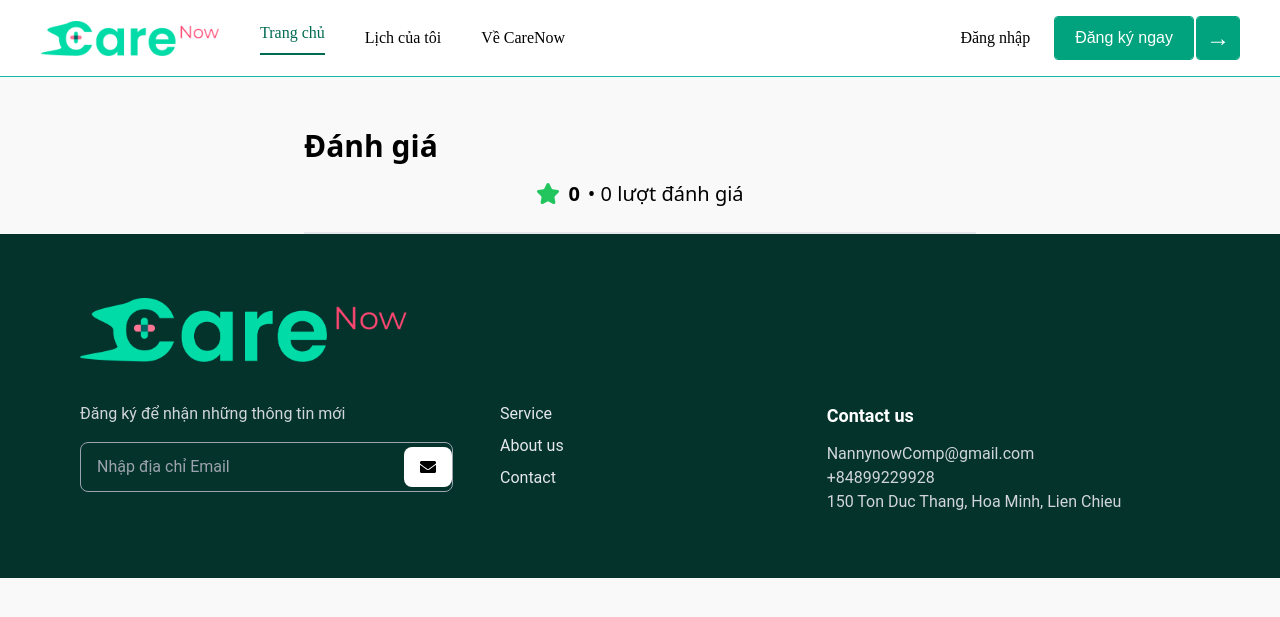
Repository: HaiNam102/FE_CareNows
Page: /ReviewsSection
An editor plug-in stored every save of this project. The page is shown before and after the next save, followed by the edit.
The browser window is 1280 px wide. The pictures show the whole page.
The page's requests for data from a server got no answer. The project was rebuilt for these pictures with package versions that can differ from the ones it lists, and the page was loaded fresh each time. No one was signed in, and anything a server would have sent is missing. Also part of the build but not shown: src/components/ToRegister.jsx, src/components/Calendar.jsx, src/layouts/BookService.jsx, src/components/ServiceCards.jsx, src/components/CareNowRegistration.jsx, src/pages/Home/Home.jsx, src/pages/Authen/Login/Login.jsx, src/pages/Authen/Login/Login1.jsx and 26 more.

Above is the page before, as saved 2025-04-10 20:08:26.

### src/index.js
import React from 'react';
import ReactDOM from 'react-dom/client';
import './index.css';
import App from './App';
import reportWebVitals from './reportWebVitals';
import './styles/globals.css';

const root = ReactDOM.createRoot(document.getElementById('root'));
root.render(
  <React.StrictMode>
    <App />
   </React.StrictMode>
);

// If you want to start measuring performance in your app, pass a function
// to log results (for example: reportWebVitals(console.log))
// or send to an analytics endpoint. Learn more: https://bit.ly/CRA-vitals
reportWebVitals();

### src/App.js
import React from 'react';
import { BrowserRouter, Routes, Route, Navigate } from 'react-router-dom';
import MainLayout from './layouts/MainLayout';
import Home from './pages/Home/Home';
import Login1 from './pages/Authen/Login/Login1';
import SignUpRoleSelection from './pages/Authen/SignUp/SignUpRoleSelection';
import SignUpClient from './pages/Authen/SignUp/SignUpClient';
import SignUpCareTaker from './pages/Authen/SignUp/SignUpCareTaker';
import AdminHome from './pages/Home/AdminHome';
import CareTakerHome from './pages/Home/CareTakerHome';
import CustomerHome from './pages/Home/CustomerHome';
import SearchResult from './pages/SearchResult/SearchResult';
import Calendar from './components/Calendar';
import ProfilePage from './pages/ProfilePage/ProfilePage';
import ReviewsSection from './pages/ProfilePage/ReviewsSection';
import ProfileCustomer from './pages/ManageService/Customer/ProfileCustomer';
import BookingHistory from './pages/ManageService/Customer/BookingHistory';
import { jwtDecode } from 'jwt-decode';
import ProfileLayout from './layouts/ProfileLayout/ProfileLayout';

// Protected Route component
const ProtectedRoute = ({ children, allowedRole }) => {
  const token = localStorage.getItem('token');

  if (!token) {
    return <Navigate to="/login" replace />;
  }

  const decoded = jwtDecode(token);
  if (decoded.role.toLowerCase() !== allowedRole.toLowerCase()) {
    return <Navigate to="/" replace />;
  }

  return children;
};

function App() {
  return (
    <BrowserRouter>
      <Routes>
        {/* Public Routes */}
        <Route path="/" element={<MainLayout><Home /></MainLayout>} />
        <Route path="/login" element={<Login1 />} />
        <Route path="/signup" element={<MainLayout headerType="logoOnly"><SignUpRoleSelection/></MainLayout>} />
        <Route path="/signup-client" element={<MainLayout headerType="logoOnly"><SignUpClient/></MainLayout>} />
        <Route path="/signup-care-taker" element={<MainLayout headerType="logoOnly"><SignUpCareTaker/></MainLayout>} />

        {/* Protected Routes */}
        <Route
          path="/caretaker/home"
          element={
            <ProtectedRoute allowedRole="CARE_TAKER">
              <MainLayout><CareTakerHome/></MainLayout>
            </ProtectedRoute>
          }
        />
        <Route
          path="/customer/home"
          element={
            <ProtectedRoute allowedRole="CUSTOMER">
              <MainLayout><CustomerHome/></MainLayout>
            </ProtectedRoute>
          }
        />
        <Route
          path="/admin/home"
          element={
            <ProtectedRoute allowedRole="ADMIN">
              <MainLayout><AdminHome/></MainLayout>
            </ProtectedRoute>
          }
        />
        <Route
          path="/customer/profile"
          element={
            <ProtectedRoute allowedRole="CUSTOMER">
              <ProfileCustomer />
            </ProtectedRoute>
          }
        />
        <Route
          path="/customer/booking-history"
          element={
            <ProtectedRoute allowedRole="CUSTOMER">
              <BookingHistory />
            </ProtectedRoute>
          }
        />

        {/* Other Routes */}
        <Route path="/searchResult" element={<MainLayout><SearchResult /></MainLayout>} />
        <Route path="/calendar" element={<MainLayout><Calendar /></MainLayout>} />
        <Route path="/profilePage" element={<MainLayout><ProfilePage /></MainLayout>} />
        <Route path="/ReviewsSection" element={<MainLayout><ReviewsSection /></MainLayout>} />

      </Routes>
    </BrowserRouter>
  );
}

export default App;

### src/styles/globals.css
/* Tổng quan */
body {
    font-family: 'Roboto', sans-serif;
    margin: 0;
    padding: 0;
    background-color: #f9f9f9;
  }

/* Layout chính */
/* .main-layout { */
    /* display: flex; */
    /* flex-direction: column; */
    /* align-items: center; */
    /* justify-content: center; */
    /* padding: 0px; */
  /* } */

/* Giới hạn khung nội dung */
.container {
    width: 100%;
    max-width: 1200px;
    /* padding: 0 20px; */
    margin: auto;
    /* margin-top: 40px; */
    /* padding-top: 40px; */
  }

### src/layouts/MainLayout.jsx
import React from 'react';
import Header from './Header';
import Footer from './Footer';
import ToRegister from '../components/ToRegister';

const MainLayout = ({ children }) => {
  return (
    <div className="min-h-screen">
      <Header />
      <main className="pt-32">
        <div className="container">{children}</div>
      </main>
      <Footer />
    </div>
  );
};

export default MainLayout;

### src/pages/ProfilePage/ReviewsSection.jsx
import React, { useEffect, useState } from 'react';
import { Star } from 'lucide-react';

const ReviewsSection=()=>{
  const [reviews, setReviews] = useState([]);

  // Fetch reviews from API
  useEffect(() => {
    fetch('http://localhost:5000/reviews')
      .then((res) => res.json())
      .then((data) => {
        if (Array.isArray(data)) {
          setReviews(data); // API trả về mảng trực tiếp
        } else if (Array.isArray(data.reviews)) {
          setReviews(data.reviews); // API trả về { reviews: [...] }
        } else {
          console.error("Dữ liệu không đúng định dạng:", data);
          setReviews([]);
        }
      })
      .catch((error) => console.error('Error fetching reviews:', error));
  }, []);

  const totalRatings = reviews.reduce((sum, review) => sum + review.rating, 0);
  const averageRating = reviews.length > 0 ? (totalRatings / reviews.length).toFixed(1) : 0;

  return (
    <div className="max-w-2xl mx-auto font-sans">
      <h2 className="text-3xl font-bold mb-4">Đánh giá</h2>

      {/* Rating summary */}
      <div className="flex items-center justify-center mb-6">
        <Star className="text-green-500 fill-green-500" size={24} />
        <span className="text-xl font-bold mx-2">{averageRating}</span>
        <span className="text-xl">• {reviews.length} lượt đánh giá</span>
      </div>

      <hr className="border-gray-200" />

      {/* Reviews list */}
      <div className="divide-y divide-gray-200">
        {reviews.map((review) => (
          <div key={review.id} className="py-6">
            <div className="flex items-start">
              {/* Profile picture */}
              <div className="mr-4">
                <div className="w-16 h-16 rounded-full overflow-hidden bg-gray-200">
                  <img
                    src="/api/placeholder/60/60"
                    alt="Avatar"
                    className="w-full h-full object-cover"
                  />
                </div>
              </div>

              {/* Review content */}
              <div className="flex-1">
                <div className="mb-1">
                  <h3 className="text-xl font-semibold">{review.name}</h3>
                  <p className="text-gray-500 text-sm">{review.date}</p>
                </div>

                {/* Star rating */}
                <div className="flex mb-2">
                  {[...Array(5)].map((_, i) => (
                    <Star
                      key={i}
                      size={24}
                      className={`${i < review.rating ? "text-green-500 fill-green-500" : "text-gray-300"}`}
                    />
                  ))}
                </div>

                {/* Review text */}
                <p className="text-lg">{review.comment}</p>
              </div>
            </div>
          </div>
        ))}
      </div>

      <hr className="border-gray-200" />
    </div>
  );
}

export default ReviewsSection;

### src/layouts/Header.jsx
import React, { useState, useEffect } from "react";
import logo from "../assets/images/Logo.png";
import HoverButton from "../components/HoverButton";
import { useNavigate } from "react-router-dom";
import { jwtDecode } from "jwt-decode";

function Header({ logoOnly = false }) {
  const [activeLink, setActiveLink] = useState("Trang chủ");
  const [isMenuOpen, setIsMenuOpen] = useState(false);
  const [isMobile, setIsMobile] = useState(false);
  const [isLoggedIn, setIsLoggedIn] = useState(false);
  const [userInfo, setUserInfo] = useState(null);
  const navigate = useNavigate();

  // Random avatar color
  const getRandomColor = () => {
    const colors = [
      'bg-teal-500', 'bg-blue-500', 'bg-emerald-500',
      'bg-indigo-500', 'bg-purple-500', 'bg-rose-500'
    ];
    return colors[Math.floor(Math.random() * colors.length)];
  };

  // Kiểm tra đăng nhập
  useEffect(() => {
    const token = localStorage.getItem('token');
    if (token) {
      try {
        const decoded = jwtDecode(token);
        setIsLoggedIn(true);
        setUserInfo({
          name: decoded.sub || 'User',
          avatarColor: getRandomColor(),
          initial: (decoded.sub || 'U')[0].toUpperCase()
        });
      } catch (error) {
        console.error('Invalid token:', error);
        localStorage.removeItem('token');
      }
    }
  }, []);

  // Xử lý logout
  const handleLogout = () => {
    localStorage.removeItem('token');
    setIsLoggedIn(false);
    setUserInfo(null);
    navigate('/');
  };

  // Kiểm tra kích thước màn hình
  useEffect(() => {
    const handleResize = () => {
      setIsMobile(window.innerWidth < 768);
      if (window.innerWidth >= 768) {
        setIsMenuOpen(false);
      }
    };
    handleResize();
    window.addEventListener("resize", handleResize);
    return () => window.removeEventListener("resize", handleResize);
  }, []);

  if (logoOnly) {
    return (
      <div className="w-full">
        <header className="max-w-[1200px] mx-auto">
          <div className="flex justify-center pt-[42px]">
            <img
              src={logo}
              alt="CareNow logo"
              className="h-[35px] w-[180px] object-contain"
              onClick={() => navigate('/')}
              style={{ cursor: 'pointer' }}
            />
          </div>
        </header>
      </div>
    );
  }

  return (
    <div className="fixed top-0 left-0 right-0 z-50 backdrop-blur-[40px] bg-white/[0.95] border-b border-teal-500">
      <header className="max-w-[1200px] mx-auto flex flex-col md:flex-row items-center justify-between py-4">
        {/* Logo và navigation desktop */}
        <div className="w-full md:w-auto flex items-center justify-between">
          <div className="flex items-center">
            <img
              src={logo}
              alt="CareNow logo"
              className="h-[35px] w-[180px] object-contain"
              onClick={() => navigate('/')}style={{ cursor: 'pointer' }}
              />

              <nav className="hidden md:flex items-center ml-10 space-x-10">
                {["Trang chủ", "Lịch của tôi", "Về CareNow"].map((link) => (
                  <a
                    key={link}
                    href="#"
                    className={`text-[16px] font-medium font-['SVN-Gilroy'] ${
                      activeLink === link
                        ? "text-[#006B52] border-b-2 border-[#006B52] pb-2"
                        : "text-black"
                    }`}
                    onClick={() => setActiveLink(link)}
                  >
                    {link}
                  </a>
                ))}
              </nav>
            </div>

            {isMobile && (
              <button className="md:hidden p-2 z-20" onClick={() => setIsMenuOpen(!isMenuOpen)}>
                <div className="w-6 h-0.5 bg-black mb-1.5"></div>
                <div className="w-6 h-0.5 bg-black mb-1.5"></div>
                <div className="w-6 h-0.5 bg-black"></div>
              </button>
            )}
          </div>

          {/* Mobile menu */}
          <div className={`md:hidden fixed top-0 left-0 h-screen bg-white shadow-lg w-64 transform transition-transform duration-300 ease-in-out z-20 p-6 pt-20 ${
            isMenuOpen && isMobile ? "translate-x-0" : "-translate-x-full"
          }`}>
            <nav className="flex flex-col items-start space-y-6 w-full">
              {["Trang chủ", "Lịch của tôi", "Về CareNow"].map((link) => (
                <div key={link} className="flex flex-col items-start">
                  <a
                    href="#"
                    className={`text-[16px] font-medium font-['SVN-Gilroy'] ${
                      activeLink === link
                        ? "text-[#006B52]"
                        : "text-black"
                    }`}
                    onClick={() => {
                      setActiveLink(link);
                      setIsMenuOpen(false);
                    }}
                  >
                    {link}
                  </a>
                  {activeLink === link && (
                    <div className="w-20 h-0.5 bg-[#006B52] mt-1"></div>
                  )}
                </div>
              ))}
            </nav>

            <div className="flex flex-col items-start space-y-6 mt-10 w-full">
              <a href="#" className="text-[16px] font-medium font-['SVN-Gilroy']" onClick={() => {
                navigate("/login");
              }}>
                Đăng nhập
              </a>
              <div>
                <HoverButton text="Đăng ký ngay" size="medium" showArrow={true} />
              </div>
            </div>
          </div>

          {/* Overlay when menu is open */}
          {isMenuOpen && isMobile && (
            <div
              className="fixed inset-0 bg-black bg-opacity-50 z-0"
              onClick={() => setIsMenuOpen(false)}
            />
          )}

          {/* Desktop buttons/avatar */}
{/* Desktop buttons/avatar */}
        <div className="hidden md:flex md:items-center md:space-x-6">
          {isLoggedIn ? (
            <div className="relative group">
              <button className={`w-10 h-10 rounded-full ${userInfo?.avatarColor}
                text-white font-semibold flex items-center justify-center
                cursor-pointer hover:opacity-90 transition-opacity`}>
                {userInfo?.initial}
              </button>

              {/* Dropdown Menu */}
              <div className="absolute right-0 mt-2 w-48 py-2 bg-white rounded-lg shadow-xl
                opacity-0 invisible group-hover:opacity-100 group-hover:visible
                transition-all duration-300">
                <a href="#" className="block px-4 py-2 text-gray-700 hover:bg-gray-100">
                  Thông tin cá nhân
                </a>
                <a href="#" className="block px-4 py-2 text-gray-700 hover:bg-gray-100">
                  Cài đặt
                </a>
                <button
                  onClick={handleLogout}
                  className="w-full text-left px-4 py-2 text-red-600 hover:bg-gray-100">
                  Đăng xuất
                </button>
              </div>
            </div>
          ) : (
            <>
              <a href="#" className="text-[16px] font-medium font-['SVN-Gilroy']"
                onClick={() => navigate("/login")}>
                Đăng nhập
              </a>
              <div className="flex-shrink-0 min-w-[180px]">
                <HoverButton text="Đăng ký ngay" size="medium" showArrow={true} />
              </div>
            </>
          )}
        </div>
      </header>
    </div>
  );
}

export default Header;

### src/layouts/Footer.jsx
import React from "react";
import { FaEnvelope } from "react-icons/fa";
import logo from "../assets/images/Logo.png"; // Import logo

const Footer = () => {
  return (
    <footer className="bg-[#04332B] text-white py-16 px-6 md:px-20">
      <div className="max-w-[1200px] mx-auto flex flex-col start">
        {/* Logo */}
        <div className="mb-10">
          <img src={logo} alt="CareNow Logo" className="h-16 w-auto" />
        </div>

        {/* Content Section */}
        <div className="w-full flex flex-col md:flex-row justify-between items-start space-y-10 md:space-y-0">
          {/* Subscription */}
          <div className="w-full md:w-1/3">
            <p className="text-gray-300">Đăng ký để nhận những thông tin mới</p>
            <div className="mt-4 flex items-center border border-gray-400 rounded-lg overflow-hidden w-full max-w-md">
              <input
                type="email"
                placeholder="Nhập địa chỉ Email"
                className="flex-1 bg-transparent px-4 py-3 outline-none text-white placeholder-gray-400"
              />
              <button className="bg-white text-black  rounded-lg px-4 py-3">
                <FaEnvelope />
              </button>
            </div>
          </div>

          {/* Links */}
          <div className="w-full md:w-1/4">
            <ul className="space-y-2 text-gray-200">
               <li><a href="#" className="hover:text-white">Service</a></li>
              <li><a href="#" className="hover:text-white">About us</a></li>
              <li><a href="#" className="hover:text-white">Contact</a></li>
            </ul>
          </div>

          {/* Contact */}
          <div className="w-full md:w-1/3">
            <h3 className="text-lg font-semibold mb-3">Contact us</h3>
            <p className="text-gray-300">NannynowComp@gmail.com</p>
            <p className="text-gray-300">+84899229928</p>
            <p className="text-gray-300">150 Ton Duc Thang, Hoa Minh, Lien Chieu</p>
          </div>
        </div>
      </div>
    </footer>
  );
};

export default Footer;

### src/components/HoverButton.jsx
import React, { useState } from "react";

const sizes = {
  small: { fontSize: "12px", height: "36px", arrowFontSize: "20px" },
  medium: { fontSize: "16px", height: "44px", arrowFontSize: "24px"},
  large: { fontSize: "20px", height: "56px", arrowFontSize: "24px"}
};

const variants = {
  primary: {
    borderColor: "#00A37D",
    backgroundColor: "#00A37D",
    textColor: "white",
    hoverTextColor: "#00A37D"
  },
  secondary: {
    borderColor: "#7F798F",
    backgroundColor: "#7F798F",
    textColor: "white",
    hoverTextColor: "#7F798F"
  }
};

const HoverButton = ({ text, showArrow = true, size = "medium", variant = "primary", onClick, className }) => {
  const [hovered, setHovered] = useState(false);
  const { fontSize, height, arrowFontSize } = sizes[size] || sizes.medium;
  const { borderColor, backgroundColor, textColor, hoverTextColor } = variants[variant] || variants.primary;

  return (
    <div
      onMouseEnter={() => setHovered(true)}
      onMouseLeave={() => setHovered(false)}
      style={{
        display: "inline-flex",
        alignItems: "center",
        gap: showArrow ? "2px" : "0px",
        transition: "all 0.3s ease-in-out", // Thêm transition cho gap
        flexShrink: 0,
        position: "relative", // Thêm position relative để có thể định vị ô mũi tên
      }}
    >
      {/* Button chính */}
      <button
        onClick={onClick}
        style={{
          fontSize,
          fontWeight: 500,
          fontFamily: "SVN-Gilroy, sans-serif",
          position: "relative",
          transition: "all 0.3s ease-in-out",
          borderRadius: "4px",
          border: `1.5px solid ${borderColor}`,
          backgroundColor: "transparent",
          color: hovered ? hoverTextColor : textColor,
          cursor: "pointer",
          height,
          display: "flex",
          alignItems: "center",
          justifyContent: "center",
          padding: "0 20px",
          overflow: "hidden",
          boxSizing: "border-box",
        }}
        className={`${className}`}
      >
        {/* Lớp phủ */}
        <span
          style={{
            position: "absolute",
            inset: 0,
            backgroundColor: backgroundColor,
            transition: "transform 0.3s ease-in-out",
            transform: hovered ? "translateY(-100%)" : "translateY(0)",
          }}
        ></span>

        <span
          style={{
            position: "relative",
            zIndex: 10,
            transition: "color 0.3s ease-in-out",
            color: hovered ? hoverTextColor : textColor,
          }}
        >
          {text}
        </span>
      </button>

      {/* Biểu tượng mũi tên */}
      {showArrow && (
        <div
          style={{
            width: height,
            height,
            display: "flex",
            alignItems: "center",
            justifyContent: "center",
            borderRadius: "4px",
            border: `1.5px solid ${borderColor}`,
            backgroundColor: "transparent",
            transition: "all 0.3s ease-in-out, transform 0.3s ease-in-out",
            overflow: "hidden",
            position: "relative",
            boxSizing: "border-box",
            transform: hovered ? "translateX(4px)" : "translateX(0)", // Di chuyển sang phải khi hover
          }}
        >
          {/* Lớp phủ */}
          <span
            style={{
              position: "absolute",
              inset: 0,
              backgroundColor: backgroundColor,
              transition: "transform 0.3s ease-in-out",
              transform: hovered ? "translateY(-100%)" : "translateY(0)",
            }}
          ></span>

          <span
            style={{
              position: "relative",
              zIndex: 10,
              color: hovered ? hoverTextColor : textColor,
              fontSize: arrowFontSize,
              fontWeight: "bold",
              transition: "color 0.3s ease-in-out",
            }}
          >
            →
          </span>
        </div>
      )}
    </div>
  );
};

export default HoverButton;

### tailwind.config.js
/** @type {import('tailwindcss').Config} */
module.exports = {
  content: ["./src/**/*.{js,jsx,ts,tsx}"], // Chỉ định nơi Tailwind cần quét để tìm class
  theme: {
    extend: {},
  },
  plugins: [],
};

Loaded but not shown: public/index.html (common file); src/index.css (common file); src/reportWebVitals.js (common file)

After the next save:
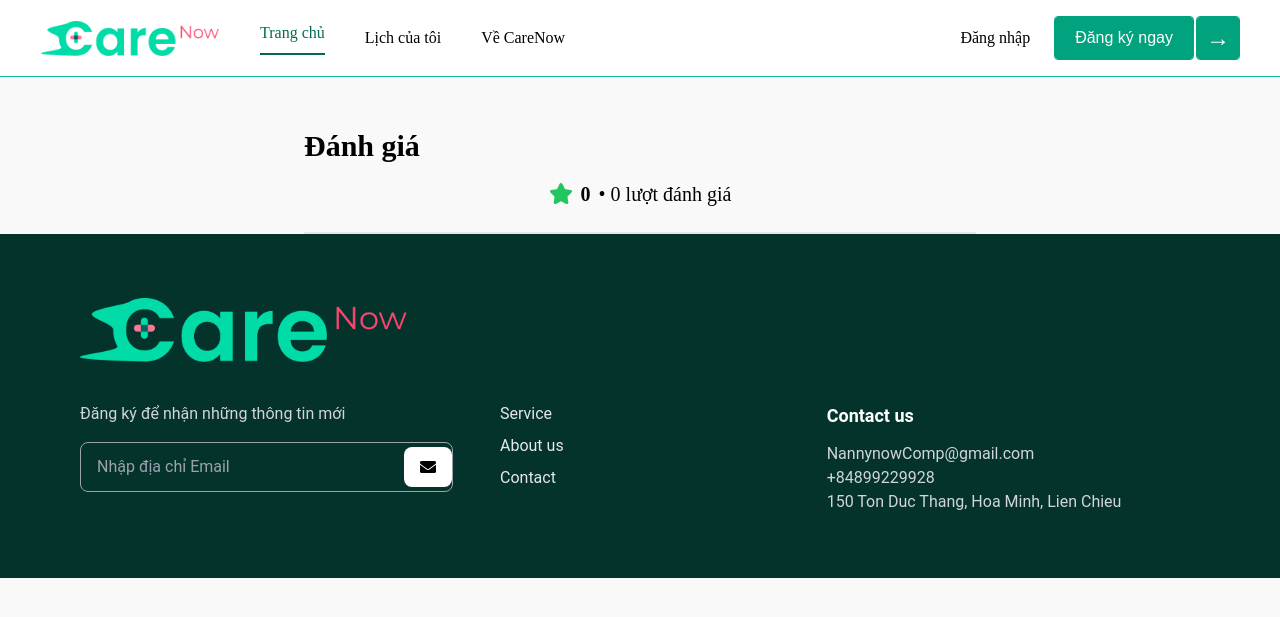
Saved 15 s later.
--- a/src/pages/ProfilePage/ReviewsSection.jsx
+++ b/src/pages/ProfilePage/ReviewsSection.jsx
@@ -25,7 +25,7 @@ const ReviewsSection=()=>{
   const averageRating = reviews.length > 0 ? (totalRatings / reviews.length).toFixed(1) : 0;
 
   return (
-    <div className="max-w-2xl mx-auto font-sans">
+    <div className="max-w-2xl mx-auto font-['SVN-Gilroy']">
       <h2 className="text-3xl font-bold mb-4">Đánh giá</h2>
 
       {/* Rating summary */}
